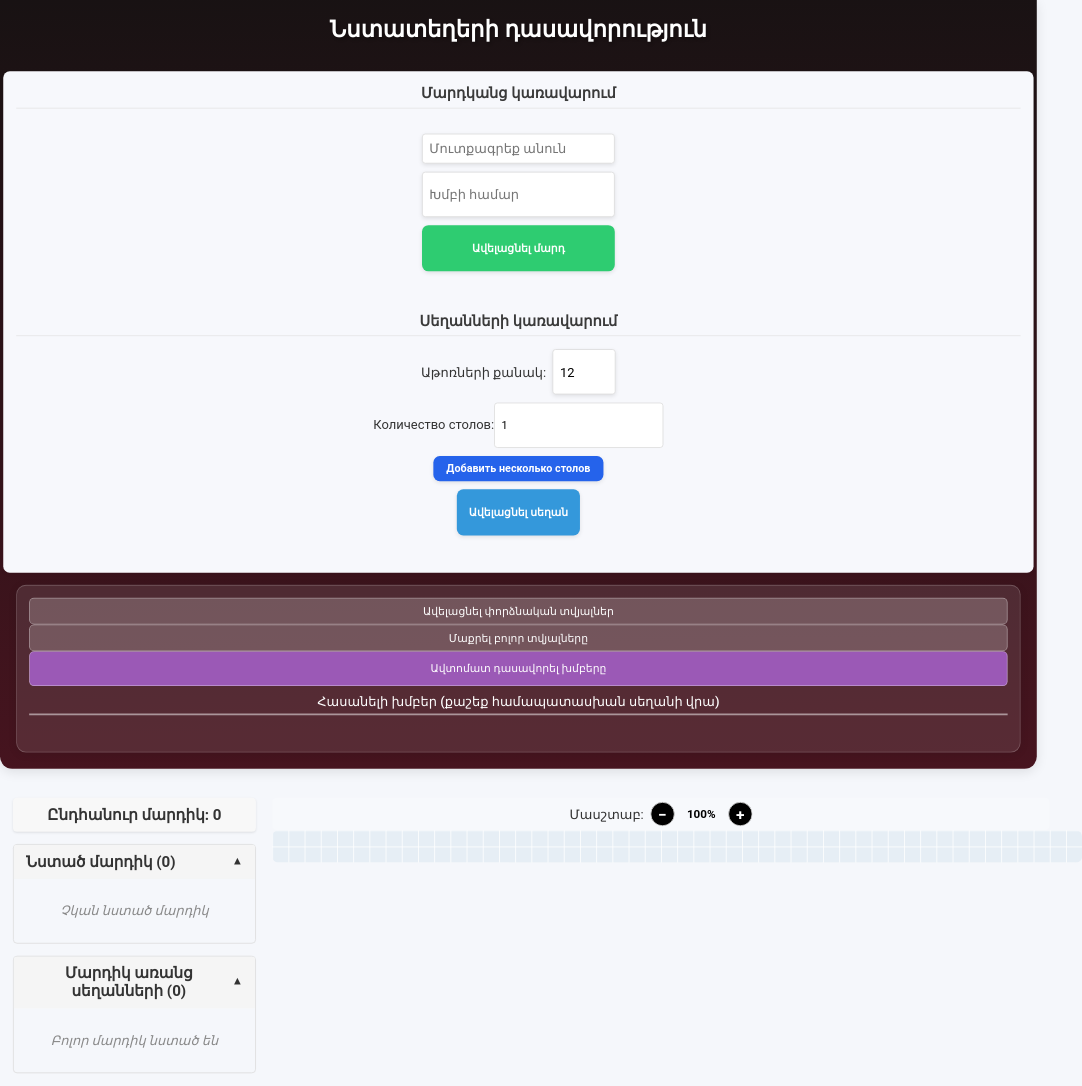
Repository: Vahan-23/Table-V2
Page: /
These files come from the project's save history. The page is drawn as it stood at one moment and after the next save; the edit follows.
The browser window is 1280 px wide. The page is 1336 px wide, so the pictures cover 1336 px, including what lies to the right of the window. The pictures show the whole page, at 81% of full size.
The project was rebuilt for these pictures with package versions that can differ from the ones it lists, and the page was loaded fresh each time.

Above is the page before, as saved 2025-03-03 12:29:38.

### src/component/App.css
/* Modern styles for the Seating Arrangement app */

* {
  margin: 0;
  padding: 0;
  font-family: 'Roboto', 'Segoe UI', Arial, sans-serif;
}

body {
  background-color: #f5f7fb;
  color: #333;
}

.app-container {
  display: flex;
  flex-direction: column;
  min-height: 100vh;
}

/* Header Styles */
.app-header {
  background: linear-gradient(179deg, #181213 0%, rgb(71 20 31) 100%);
  padding: 20px;
  border-radius: 0 0 15px 15px;
  box-shadow: 0 4px 15px rgba(0, 0, 0, 0.1);
  margin-bottom: 20px;
}

.header-content {
  display: flex;
  justify-content: space-between;
  align-items: center;
  max-width: 1600px;
  margin: 0 auto;
  width: 100%;
  flex-direction: column;
}

.logo {
  color: white;
  font-size: 28px;
  font-weight: bold;
  text-shadow: 2px 2px 4px rgba(0, 0, 0, 0.3);
  margin-bottom: 15px;
}

.header-controls {
  background: rgba(255, 255, 255, 0.15);
  backdrop-filter: blur(10px);
  padding: 15px;
  border-radius: 12px;
  box-shadow: inset 0 1px 1px rgba(255, 255, 255, 0.1), 0 1px 2px rgba(0, 0, 0, 0.1);
  display: flex;
  width: 80%;
}

.control-group {
  display: flex;
  flex-wrap: wrap;
  gap: 1rem;
  width: 100%;
}

.input-group {
  display: flex;
  gap: 10px;
  margin-bottom: 15px;
  align-items: center;
  justify-content: center;
}

.input-field {
  flex: 1;
  padding: 10px 15px;
  border-radius: 8px;
  border: none;
  font-size: 16px;
  box-shadow: 0 2px 5px rgba(0, 0, 0, 0.1);
}

.input-group input,
.table-controls input {
  height: 38px;
  padding: 0.5rem;
  border: 1px solid #ddd;
  border-radius: 4px;
  outline: none;
  transition: border-color 0.2s;
}

.input-group input:focus,
.table-controls input:focus {
  border-color: #2563eb;
}

.group-input-container {
  position: relative;
  flex: 1;
}

.group-dropdown {
  position: absolute;
  top: 100%;
  left: 0;
  width: 100%;
  max-height: 200px;
  overflow-y: auto;
  z-index: 10;
  background-color: white;
  border: none;
  border-radius: 8px;
  box-shadow: 0 4px 12px rgba(0, 0, 0, 0.15);
  margin-top: 5px;
}

.dropdown-item {
  padding: 10px 15px;
  cursor: pointer;
  border-bottom: 1px solid #eee;
  transition: background-color 0.2s;
}

.dropdown-item:hover {
  background-color: #f5f5f5;
}

.dropdown-item-new {
  padding: 10px 15px;
  cursor: pointer;
  background-color: #f0f0f0;
  font-style: italic;
  border-radius: 0 0 8px 8px;
  z-index: 2;
}

.dropdown-empty {
  padding: 10px 15px;
  color: #666;
}

button {
  cursor: pointer;
  border: none;
  border-radius: 4px;
  padding: 0.5rem 1rem;
  font-weight: 500;
  transition: all 0.2s;
}

.primary-btn {
  background-color: #2563eb;
  color: white;
  border: none;
  border-radius: 8px;
  font-weight: bold;
  cursor: pointer;
  box-shadow: 0 2px 5px rgba(0, 0, 0, 0.1);
  transition: transform 0.2s, background-color 0.2s;
}

.primary-btn:hover {
  background-color: #1d4ed8;
}

.add-person-btn {
  /* margin-left: 30px; */
  padding: 21px 20px;
  background-color: #2ecc71;
  color: white;
}

.add-person-btn:hover {
  background-color: #27ae60;
  transform: translateY(-2px);
}

.secondary-btn {
  padding: 8px 15px;
  background-color: rgba(255, 255, 255, 0.2);
  color: white;
  border: 1px solid rgba(255, 255, 255, 0.4);
  border-radius: 6px;
  cursor: pointer;
  transition: background-color 0.2s;
}

.secondary-btn:hover {
  background-color: rgba(255, 255, 255, 0.3);
}

.table-controls {
  display: flex;
  align-items: center;
  gap: 10px;
  margin-bottom: 15px;
  flex-direction: column;
}

.chair-count-input {
  width: 120px;
  padding: 10px 15px;
  border-radius: 8px;
  border: none;
  font-size: 16px;
  box-shadow: 0 2px 5px rgba(0, 0, 0, 0.1);
}

.add-table-btn {
  flex: 1;
  padding: 21px 15px;
  background-color: #3498db;
  color: white;
}

.add-table-btn:hover {
  background-color: #2980b9;
  transform: translateY(-2px);
}

.create-all-tables-btn {
  flex: 2;
  padding: 13px 15px;
  background-color: #9b59b6;
  color: white;
}

.create-all-tables-btn:hover {
  background-color: #8e44ad;
  transform: translateY(-2px);
}

/* Bottom controls section */
.bottom-controls {
  display: flex;
  justify-content: space-between;
  align-items: center;
}

/* Save controls */
.save-controls {
  display: flex;
  align-items: center;
  gap: 0.5rem;
}

/* Zoom controls */
.zoom-controls {
  display: flex;
  align-items: center;
  gap: 8px;
  background-color: rgba(255, 255, 255, 0.2);
  padding: 5px 10px;
  border-radius: 6px;
  justify-content: center;
}

.zoom-btn {
  width: 30px;
  height: 30px;
  border-radius: 50%;
  border: none;
  background-color: rgba(255, 255, 255, 0.3);
  color: white;
  font-size: 18px;
  font-weight: bold;
  cursor: pointer;
  display: flex;
  justify-content: center;
  align-items: center;
}

.zoom-controls button {
  width: 30px;
  height: 30px;
  display: flex;
  align-items: center;
  justify-content: center;
  background-color: #000000;
  border-radius: 50%;
  font-size: 1.2rem;
  padding: 0;
}

.zoom-controls span {
  font-size: 0.9rem;
  min-width: 50px;
  text-align: center;
}

.zoom-percentage {
  color: rgb(0, 0, 0);
  font-weight: bold;
}

/* Groups Container */
.groups-container {
  background-color: rgba(255, 255, 255, 0.1);
  border-radius: 12px;
  padding: 15px;
  margin-top: 15px;
  box-shadow: 0 2px 10px rgba(0, 0, 0, 0.1);
  border: 1px solid rgba(255, 255, 255, 0.2);
}

.groups-header {
  display: flex;
  flex-direction: column;
  gap: 10px;
}

.groups-header h3 {
  color: #ffffff;
  font-size: 1rem;
  font-weight: 500;
}

.groups-title {
  margin: 0 0 10px 0;
  font-size: 20px;
  color: white;
  font-weight: 600;
  border-bottom: 2px solid rgba(255, 255, 255, 0.5);
  padding-bottom: 5px;
  display: inline-block;
}

.groups-wrapper {
  display: flex;
  flex-wrap: nowrap;
  gap: 12px;
  overflow-x: auto;
  padding: 5px 0;
  max-height: 100px;
  max-width: 100%;
  scrollbar-width: thin;
  scrollbar-color: rgba(255, 255, 255, 0.5) transparent;
}

.groups-wrapper::-webkit-scrollbar {
  height: 6px;
  width: 6px;
}

.groups-wrapper::-webkit-scrollbar-track {
  background: #f1f1f1;
  border-radius: 10px;
}

.groups-wrapper::-webkit-scrollbar-thumb {
  background: #3498db;
  border-radius: 10px;
}

.groups-wrapper::-webkit-scrollbar-thumb:hover {
  background: #2980b9;
}

/* Main Content */
.main-content {
  display: flex;
  flex: 1;
  padding: 1rem;
  gap: 20px;
  max-width: 1600px;
  margin: 0 auto;
  width: 100%;
}

/* Sidebar */
.sidebar {
  width: 300px;
  flex-shrink: 0;
}

.unseated-people-list,
.people-list {
  background-color: white;
  border-radius: 8px;
  padding: 15px;
  margin-top: 20px;
  box-shadow: 0 2px 8px rgba(0, 0, 0, 0.1);
  margin-bottom: 1.5rem;
}

.unseated-people-list h3,
.people-list h3 {
  margin-top: 0;
  margin-bottom: 15px;
  color: #333;
  font-size: 18px;
  font-weight: 600;
  border-bottom: 1px solid #e5e7eb;
  padding-bottom: 0.5rem;
}

.unseated-people-grid,
.people-grid {
  display: grid;
  grid-template-columns: repeat(auto-fill, minmax(120px, 1fr));
  gap: 10px;
}

.unseated-person-card,
.person-card {
  position: relative;
  background-color: #f9f9f9;
  border-radius: 6px;
  padding: 10px;
  box-shadow: 0 1px 3px rgba(0, 0, 0, 0.1);
  font-size: 0.9rem;
  display: flex;
  justify-content: space-between;
  align-items: center;
}

.person-card {
  flex-direction: column;
  align-items: flex-start;
  gap: 0.25rem;
}

.person-name {
  display: block;
  font-weight: bold;
  font-size: 14px;
  margin-bottom: 4px;
}

.person-group {
  display: block;
  font-size: 12px;
  color: #666;
}

.group-tag {
  background-color: #e0e7ff;
  color: #4f46e5;
  border-radius: 4px;
  padding: 0.15rem 0.4rem;
  font-size: 0.75rem;
  font-weight: 500;
}

.delete-btn {
  position: absolute;
  top: 5px;
  right: 5px;
  width: 20px;
  height: 20px;
  border-radius: 50%;
  background-color: #e74c3c;
  color: white;
  border: none;
  display: flex;
  align-items: center;
  justify-content: center;
  font-size: 10px;
  cursor: pointer;
  opacity: 0.7;
  transition: opacity 0.2s;
}

.delete-btn:hover {
  background-color: #fee2e2;
  opacity: 1;
}

/* Tables Area */
.tables-area {
  background-image: linear-gradient(rgba(255, 255, 255, 0.8) 1px, transparent 1px),
    linear-gradient(90deg, rgba(255, 255, 255, 0.8) 1px, transparent 1px);
  background-size: 20px 20px;
  background-color: #e6eef5;
  flex: 1;
  min-height: 600px;
  border-radius: 8px;
  padding: 20px;
  position: relative;
  transform-origin: top left;
  display: flex;
  flex-wrap: wrap;
  gap: 2rem;
  align-content: flex-start;
  min-height: 70vh;
}

/* Table Styles */
.table-container {
  background-color: white;
  border-radius: 10px;
  box-shadow: 0 4px 12px rgba(0, 0, 0, 0.08);
  padding: 1rem;
  width: fit-content;
  margin-bottom: 20px;
  flex-shrink: 0;
}

.table-header {
  display: flex;
  justify-content: space-between;
  align-items: center;
  margin-bottom: 1rem;
}

.table-header h3 {
  font-size: 1rem;
  font-weight: 600;
  color: #374151;
}

.delete-table-btn {
  background-color: #fee2e2;
  color: #ef4444;
  font-size: 0.8rem;
  padding: 0.25rem 0.5rem;
}

.delete-table-btn:hover {
  background-color: #fecaca;
}

.table {
  margin: 20px;
  width: 200px;
  height: 200px;
  border: 50px solid #e7d8c7;
  border-radius: 50%;
  display: flex;
  justify-content: center;
  align-items: center;
  background-image: url('../../public/table.jpg');
  background-size: cover;
}

.table-top {
  position: relative;
  top: -15%;
  left: -15%;
}

.chair {
  position: absolute;
  width: 60px;
  height: 60px;
  background-size: cover;
  background-position: center;
  background-repeat: no-repeat;
  color: white;
  display: flex;
  justify-content: center;
  align-items: center;
  border-radius: 50%;
  font-size: 12px;
  text-align: center;
  cursor: pointer;
  transition: transform 0.2s ease, opacity 0.2s ease;
}

.chair:hover {
  transform: scale(1.1);
  opacity: 0.7;
}

/* New Table Dropzone */
.new-table-dropzone {
  width: 300px;
  height: 200px;
  border: 2px dashed #3498db;
  border-radius: 8px;
  display: flex;
  align-items: center;
  justify-content: center;
  background-color: rgba(52, 152, 219, 0.05);
  transition: all 0.3s;
  margin-bottom: 20px;
}

.new-table-dropzone.hovered {
  background-color: rgba(52, 152, 219, 0.47);
  border-color: #4f46e5;
}

.dropzone-content {
  display: flex;
  flex-direction: column;
  align-items: center;
  justify-content: center;
  text-align: center;
  padding: 20px;
  gap: 1rem;
}

.dropzone-icon {
  font-size: 32px;
  color: #3498db;
  margin-bottom: 10px;
}

.dropzone-text {
  font-size: 16px;
  font-weight: bold;
  color: #333;
}

/* Popup styles */
.popup-overlay {
  position: fixed;
  top: 0;
  left: 0;
  right: 0;
  bottom: 0;
  background-color: rgba(0, 0, 0, 0.5);
  display: flex;
  align-items: center;
  justify-content: center;
  z-index: 1000;
}

.popup {
  background-color: white;
  border-radius: 10px;
  padding: 1.5rem;
  min-width: 300px;
  max-width: 400px;
  max-height: 80vh;
  overflow-y: auto;
  box-shadow: 0 10px 25px rgba(0, 0, 0, 0.2);
}

.popup h3 {
  margin-bottom: 1rem;
  color: #374151;
}

.person-selection-list {
  list-style: none;
  margin-bottom: 1rem;
}

.person-selection-list li {
  padding: 0.75rem;
  border-radius: 6px;
  cursor: pointer;
  transition: background-color 0.2s;
}

.person-selection-list li:hover {
  background-color: #f3f4f6;
}

.close-btn {
  background-color: #e5e7eb;
  color: #4b5563;
  width: 100%;
  padding: 0.75rem;
  border-radius: 6px;
  margin-top: 1rem;
}

.close-btn:hover {
  background-color: #d1d5db;
}

/* Fullscreen popup styles */
.fullscreen-popup {
  position: fixed;
  top: 0;
  left: 0;
  width: 100%;
  height: 100%;
  background-color: rgba(0, 0, 0, 0.7);
  z-index: 1000;
  display: flex;
  justify-content: center;
  align-items: center;
}

.fullscreen-popup-overlay {
  position: absolute;
  top: 0;
  left: 0;
  width: 100%;
  height: 100%;
  background-color: rgba(0, 0, 0, 0.7);
  display: flex;
  justify-content: center;
  align-items: center;
}

.fullscreen-popup-content {
  background-color: white;
  border-radius: 8px;
  padding: 20px;
  max-width: 600px;
  width: 90%;
  max-height: 80vh;
  overflow-y: auto;
  box-shadow: 0 10px 25px rgba(0, 0, 0, 0.2);
}

.fullscreen-popup-content h3 {
  margin-top: 0;
  margin-bottom: 20px;
  text-align: center;
  font-size: 18px;
  color: #333;
}

.person-selection-grid {
  display: grid;
  grid-template-columns: repeat(auto-fill, minmax(180px, 1fr));
  gap: 15px;
  margin-bottom: 20px;
  max-height: 60vh;
  overflow-y: auto;
  padding: 10px;
  margin-top: 20px;
}

.person-selection-item {
  background-color: #f9f9f9;
  border: 1px solid #ddd;
  border-radius: 6px;
  padding: 12px;
  cursor: pointer;
  transition: all 0.2s ease;
  display: flex;
  flex-direction: column;
}

.person-selection-item:hover {
  background-color: #e8f4fd;
  transform: translateY(-2px);
  box-shadow: 0 4px 8px rgba(0, 0, 0, 0.1);
}

.person-selection-name {
  display: block;
  font-weight: bold;
  margin-bottom: 4px;
}

.person-selection-group {
  display: block;
  font-size: 12px;
  color: #666;
}

.no-people-message {
  text-align: center;
  padding: 20px;
  color: #666;
  grid-column: 1 / -1;
}

.close-popup-btn {
  display: block;
  margin: 0 auto;
  background-color: #3498db;
  color: white;
  border: none;
  border-radius: 4px;
  padding: 10px 20px;
  font-size: 16px;
  cursor: pointer;
  transition: background-color 0.2s ease;
}

.close-popup-btn:hover {
  background-color: #2980b9;
}

/* Remove person popup */
.remove-person-popup {
  text-align: center;
}

.popup-title {
  text-align: center;
  margin-bottom: 20px;
}

.person-info-card {
  background-color: #f9f9f9;
  padding: 15px;
  border-radius: 8px;
  margin-bottom: 20px;
  box-shadow: 0 2px 4px rgba(0, 0, 0, 0.1);
}

.person-info-name {
  text-align: center;
  font-size: 18px;
  margin: 0 0 10px 0;
  font-weight: bold;
}

.person-info-group {
  text-align: center;
  margin: 0;
  color: #666;
}

.confirmation-text {
  text-align: center;
  margin-bottom: 20px;
  color: #555;
}

.popup-buttons {
  display: flex;
  justify-content: center;
  gap: 15px;
}

.remove-btn {
  padding: 10px 20px;
  background-color: #e74c3c;
  color: white;
  border: none;
  border-radius: 4px;
  cursor: pointer;
  font-weight: bold;
}

.cancel-btn {
  padding: 10px 20px;
  background-color: #7f8c8d;
  color: white;
  border: none;
  border-radius: 4px;
  cursor: pointer;
}

/* Group card styles */
.group-card {
  flex: 0 0 auto;
  min-width: 100px;
  background-color: white;
  border-radius: 6px;
  padding: 8px 12px;
  box-shadow: 0 1px 3px rgba(0, 0, 0, 0.1);
  cursor: grab;
  transition: transform 0.2s, box-shadow 0.2s;
  border-left: 4px solid #3498db;
}

.group-card:hover {
  transform: translateY(-2px);
  box-shadow: 0 3px 6px rgba(0, 0, 0, 0.15);
}

.group-card.dragging {
  opacity: 0.5;
}

.group-name {
  font-weight: 600;
  font-size: 0.9rem;
  color: #2563eb;
  margin-bottom: 5px;
}

.group-count {
  font-size: 0.8rem;
  color: #6b7280;
  margin-top: 0.25rem;
}

/* Responsive adjustments */
@media (max-width: 992px) {
  .header-content {
    flex-direction: column;
    align-items: flex-start;
    gap: 1rem;
  }

  .header-controls {
    width: 100%;
  }

  .main-content {
    flex-direction: column;
  }

  .sidebar {
    width: 100%;
  }
}


.people-section {
  display: flex;
  flex-direction: column;
  gap: 15px;
}

.total-people-counter {
  background-color: #f8f8f8;
  padding: 10px;
  border-radius: 5px;
  text-align: center;
  box-shadow: 0 1px 3px rgba(0, 0, 0, 0.1);
}

.people-box {
  border: 1px solid #ddd;
  border-radius: 5px;
  overflow: hidden;
}

.people-header {
  display: flex;
  align-items: center;
  justify-content: space-between;
  padding: 10px 15px;
  background-color: #f5f5f5;
  cursor: pointer;
}

.people-header:hover {
  background-color: #e9e9e9;
}

.expand-arrow {
  font-size: 14px;
  transition: transform 0.3s ease;
}

.expand-arrow.expanded {
  transform: rotate(180deg);
}

.people-grid-container {
  max-height: 700px;
  overflow-y: auto;
}

.people-grid {
  display: grid;
  grid-template-columns: repeat(auto-fill, minmax(200px, 1fr));
  gap: 10px;
  padding: 10px;
}

.person-card {
  position: relative;
  padding: 10px;
  border-radius: 4px;
  box-shadow: 0 1px 3px rgba(0, 0, 0, 0.1);
  display: flex;
  flex-direction: column;
}

.person-card.seated {
  background-color: rgba(144, 238, 144, 0.2);
  border-left: 3px solid #4CAF50;
}

.person-card.unseated {
  background-color: rgba(255, 235, 205, 0.2);
  border-left: 3px solid #FFA500;
}

.person-name {
  font-weight: bold;
  margin-bottom: 4px;
}

.person-group {
  font-size: 12px;
  color: #666;
}

.delete-btn {
  position: absolute;
  top: 5px;
  right: 5px;
  width: 20px;
  height: 20px;
  border-radius: 50%;
  background-color: #ff6b6b;
  color: white;
  border: none;
  display: flex;
  align-items: center;
  justify-content: center;
  cursor: pointer;
  font-size: 10px;
}

.delete-btn:hover {
  background-color: #ff5252;
}

.empty-message {
  grid-column: 1 / -1;
  padding: 20px;
  text-align: center;
  color: #888;
  font-style: italic;
}

/* Scrollbar styling */
.people-grid-container::-webkit-scrollbar {
  width: 8px;
}

.people-grid-container::-webkit-scrollbar-track {
  background: #f1f1f1;
  border-radius: 4px;
}

.people-grid-container::-webkit-scrollbar-thumb {
  background: #888;
  border-radius: 4px;
}

.people-grid-container::-webkit-scrollbar-thumb:hover {
  background: #555;
}

/* Split header sections styling */
.header-sections {
  display: flex;
  height: auto;
  background-color: #f7f8fc;
  border-radius: 8px;
  padding: 16px;
  box-shadow: 0 2px 5px rgba(0, 0, 0, 0.05);
  width: 100%;
  gap: 20px;
  margin-top: 20px;
  justify-content: center;
  flex-direction: column;
  justify-content: space-around;
}


.section-main-title {
  color: #3a3a3a;
  margin-top: 0;
  margin-bottom: 16px;
  padding-bottom: 8px;
  border-bottom: 1px solid #e5e5e5;
  font-size: 18px;
}

/* People section specific */
.people-section .input-row {
  display: flex;
  gap: 10px;
  margin-bottom: 15px;
  flex-direction: column;
}

.people-section .data-management {
  margin-top: 20px;
}

/* Table section specific */
.tables-section .table-controls-row {
  display: flex;
  align-items: center;
  gap: 10px;
  margin-bottom: 15px;
  flex-direction: column;

}

.tables-section .chair-count-container {
  display: flex;
  align-items: center;
  gap: 8px;
}

.tables-section .chair-count-input {
  width: 60px;
}

.tables-section .zoom-controls {
  display: flex;
  align-items: center;
  margin-top: 20px;
  gap: 10px;
}

.zoom-buttons {
  display: flex;
  align-items: center;
}

.zoom-btn {
  width: 30px;
  height: 30px;
  display: flex;
  align-items: center;
  justify-content: center;
  border-radius: 4px;
  background-color: #f0f0f0;
  border: 1px solid #ddd;
  cursor: pointer;
}

.zoom-percentage {
  margin: 0 8px;
  min-width: 50px;
  text-align: center;
}

.data-buttons {
  display: flex;
  flex-direction: column;
  align-items: stretch;
}

Loaded but not shown: public/index.html (common file); src/index.js (common file); src/index.css (common file); src/reportWebVitals.js (common file); src/App.css (common file); src/App.js (12 lines, source omitted); src/component/SeatingArrangement.jsx (1081 lines, source omitted)

After the next save:
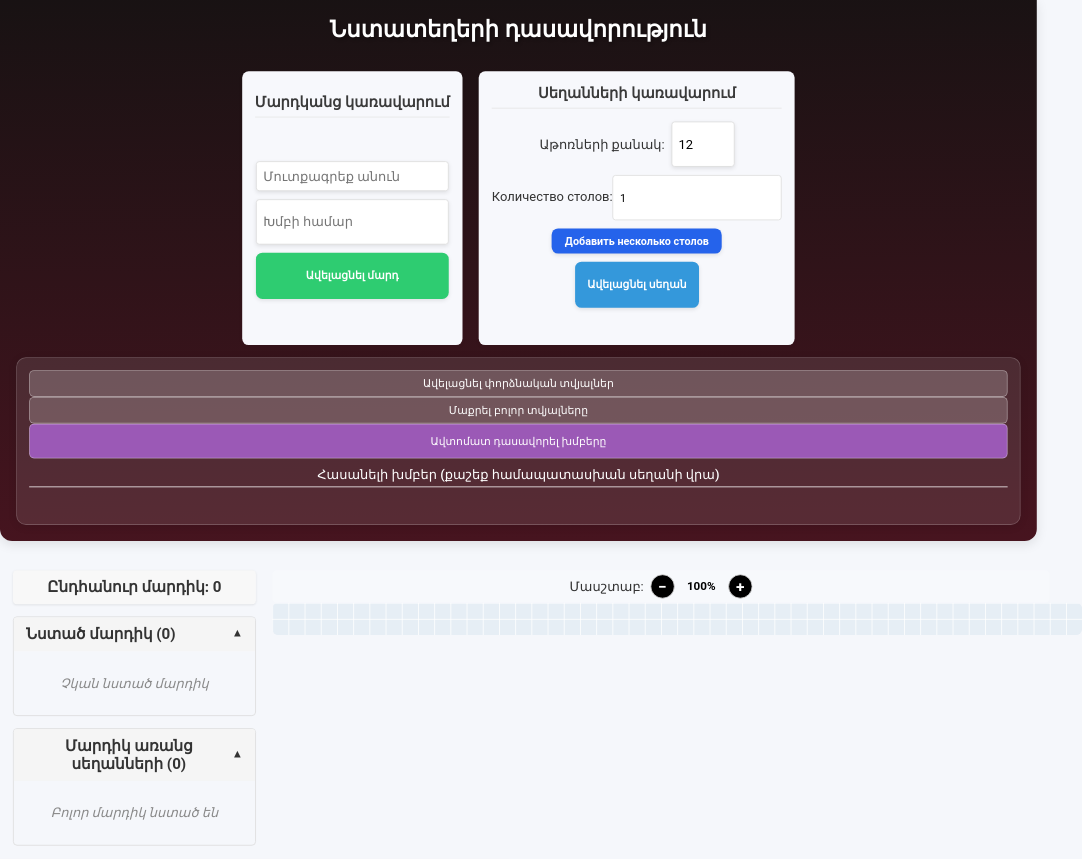
Saved 42 s later.
--- a/src/component/App.css
+++ b/src/component/App.css
@@ -1023,19 +1023,23 @@ button {
 /* Split header sections styling */
 .header-sections {
   display: flex;
+  width: 100%;
+  gap: 20px;
+  margin-top: 20px;
+  justify-content: center;
+}
+
+.header-section {
+  /* flex: 1 1; */
+  display: flex;
   height: auto;
   background-color: #f7f8fc;
   border-radius: 8px;
   padding: 16px;
   box-shadow: 0 2px 5px rgba(0, 0, 0, 0.05);
-  width: 100%;
-  gap: 20px;
-  margin-top: 20px;
-  justify-content: center;
   flex-direction: column;
   justify-content: space-around;
 }
-
 
 .section-main-title {
   color: #3a3a3a;
